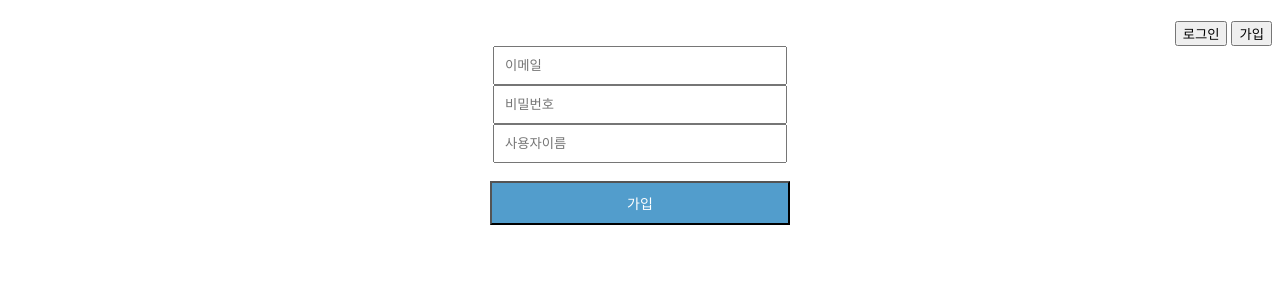
Repository: trapezer84/JSP
Page: http://localhost/AEB_JavaProgramming/
An editor plug-in stored every save of this project. The page is shown before and after the next save, followed by the edit.
The browser window is 1280 px wide. The pictures show the whole page.
The page is served by Tomcat 9. Other server files are loaded and not shown.

Above is the page before, as saved 2016-02-15 00:50:13.

### AEB_JavaProgramming/WebContent/index.jsp
<%@ page language="java" contentType="text/html; charset=UTF-8"
    pageEncoding="UTF-8"%>
<!DOCTYPE html>
<html>
<head>
<meta http-equiv="Content-Type" content="text/html; charset=UTF-8">
<title>Insert title here</title>
<style>
.joinformat {

}

button.css3button {
	font-family: Arial, Helvetica, sans-serif;
	font-size: 14px;
	color: white;
	padding: 10px 20px;
	background: -webkit-gradient(
		linear, left top, left bottom,
		from(#529dcc),
		to(#529dcc));
	width:300px
}



</style>

</head>
<body>

<div>
	<h1> </h1>
</div>

<div align="right">
	<button type="submit">로그인</button>
	<button type="submit">가입</button>
</div>

<div align="center">
	<form method="post" id="jointag">
	<div class="">
		 <input id="joinemail" type="email" placeholder="이메일"  style="display:block; padding:10px; width:270px" />
		 <input id="joinpassword" type="password" placeholder="비밀번호" style="display:block; padding:10px; width:270px"/>
		 <input id="joinusername" type="text" placeholder="사용자이름" style="display:block; padding:10px; width:270px"/>
	</div>
		<br />
		<button type="submit" name="" value="" class="css3button">가입</button>
	</form>
</div>

<div class="section-page" data-section-title="page1" style="z-index: 5;">
</div>

<div class="section-page" data-section-title="page2" style="z-index: 4;">
</div>

<div class="section-page" data-section-title="page3" style="z-index: 3;">
</div>




</body>
</html>

After the next save:
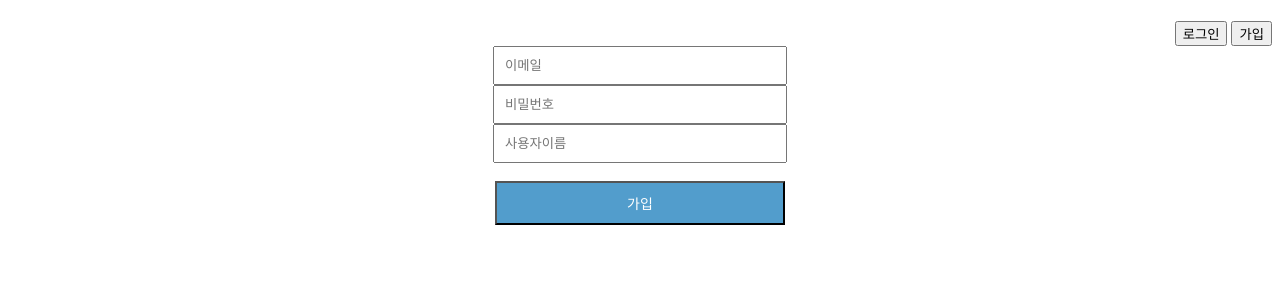
Saved 7 s later.
--- a/AEB_JavaProgramming/WebContent/index.jsp
+++ b/AEB_JavaProgramming/WebContent/index.jsp
@@ -19,7 +19,7 @@ button.css3button {
 		linear, left top, left bottom,
 		from(#529dcc),
 		to(#529dcc));
-	width:300px
+	width:290px
 }
 
 
